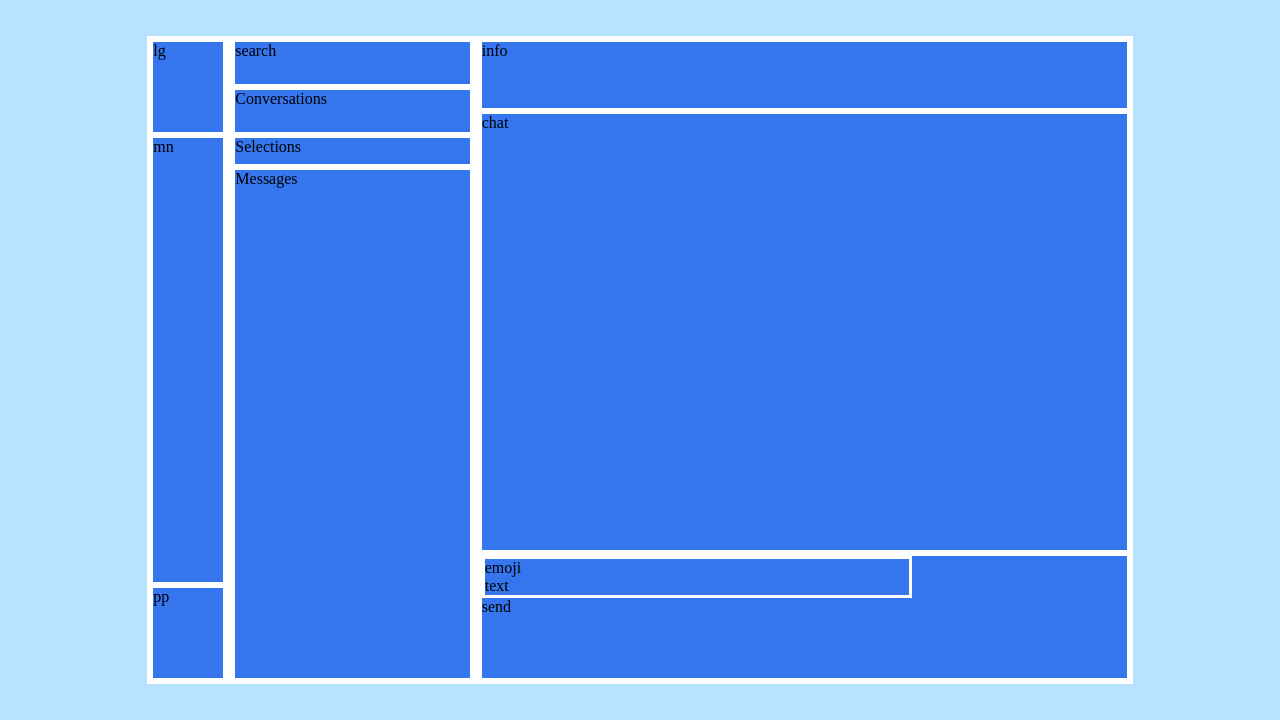
Repository: arafat877/super-chat
Page: /
An editor plug-in stored every save of this project. The page is shown before and after the next save, followed by the edit.
The browser window is 1280 px wide. The pictures show the whole page.
The project was rebuilt for these pictures with package versions that can differ from the ones it lists, and the page was loaded fresh each time. Also part of the build but not shown: src/App.scss.

Above is the page before, as saved 2020-08-05 14:59:02.

### public/index.html
<!DOCTYPE html>
<html lang="en">
  <head>
    <meta charset="utf-8" />
    <meta name="viewport" content="width=device-width, initial-scale=1" />
    <meta name="theme-color" content="#000000" />
    <meta
      name="description"
      content="Chat application with node.js, express, react.js, mongoDb and socket.io"
    />
    <link rel="stylesheet" href="styles.css">
    <link rel="stylesheet" href="https://fonts.googleapis.com/css?family=Roboto:300,400,500,700&display=swap" />

    <title>Super Chat</title>
  </head>
  <body>
    <noscript>You need to enable JavaScript to run this app.</noscript>
    <div id="root"></div>
  </body>
</html>

### src/App.js
import React from "react";
import "./App.scss";
import { Container, Grid, Paper } from "@material-ui/core";
import { makeStyles } from "@material-ui/core/styles";
import {
  Message,
  GroupWork,
  Chat,
  Palette,
  Settings,
  PeopleAlt,
} from "@material-ui/icons";

const useStyles = makeStyles((theme) => ({
  container: {
    backgroundColor: "#b7e3fe",
    height: "100vh",
    display: "flex",
  },
  innerContainer: {
    backgroundColor: "#3576ef",
    margin: "auto",
    height: "90%",
    width: "80%",
    borderRadius: "10px",
  },
  column1: {
    border: "solid white",
  },
  column2: {
    border: "solid white",
  },
  column3: {
    border: "solid white",
  },
  c1Logo: {
    border: "solid white",
    height: "15%",
  },
  c1Menu: {
    border: "solid white",
    height: "70%",
  },
  c1PP: {
    border: "solid white",
    height: "15%",
  },
  c2Search: {
    border: "solid white",
    height: "7.5%",
  },
  c2Conv: {
    border: "solid white",
    height: "7.5%",
  },
  c2Select: {
    border: "solid white",
    height: "5%",
  },
  c2Messages: {
    border: "solid white",
    height: "80%",
  },
  c3Info: {
    border: "solid white",
    height: "11.25%",
  },
  c3Chat: {
    border: "solid white",
    height: "68.75%",
  },
  c3Input: {
    border: "solid white",
    height: "20%",
  },
  inputC1: {
    border: "solid white",
    iC1Emoji:{
      border: "solid white",
      height:"50%"
    },
    iC1Text:{
      border: "solid white",
      height:"50%"
    }
  },
  inputC2: {
    border: "solid white",
  },
}));

function App() {
  const classes = useStyles();

  return (
    <Container className={classes.container}>
      <Grid container containerer className={classes.innerContainer}>
        <Grid item className={classes.column1} xs={1}>
          <Grid item className={classes.c1Logo} xs={12}>
            lg
          </Grid>
          <Grid item className={classes.c1Menu} xs={12}>
            mn
          </Grid>
          <Grid item className={classes.c1PP} xs={12}>
            pp
          </Grid>
        </Grid>
        <Grid item className={classes.column2} xs={3}>
          <Grid item className={classes.c2Search} xs={12}>
            search
          </Grid>
          <Grid item className={classes.c2Conv} xs={12}>
            Conversations
          </Grid>
          <Grid item className={classes.c2Select} xs={12}>
            Selections
          </Grid>
          <Grid item className={classes.c2Messages} xs={12}>
            Messages
          </Grid>
        </Grid>
        <Grid item className={classes.column3} xs={8}>
          <Grid item className={classes.c3Info} xs={12}>
            info
          </Grid>
          <Grid item className={classes.c3Chat} xs={12}>
            chat
          </Grid>
          <Grid item className={classes.c3Input} xs={12}>
            <Grid item className={classes.inputC1} xs={8}>
              <Grid item className={classes.iC1Emoji} xs={12}>
                emoji
              </Grid>
              <Grid item className={classes.iC1Text} xs={12}>
                text
              </Grid>
            </Grid>
            <Grid item className={classes.inputc2} xs={4}>
              send
            </Grid>
          </Grid>
        </Grid>
      </Grid>
    </Container>
  );
}

export default App;

Loaded but not shown: src/index.js (common file); public/styles.css (common file)

After the next save:
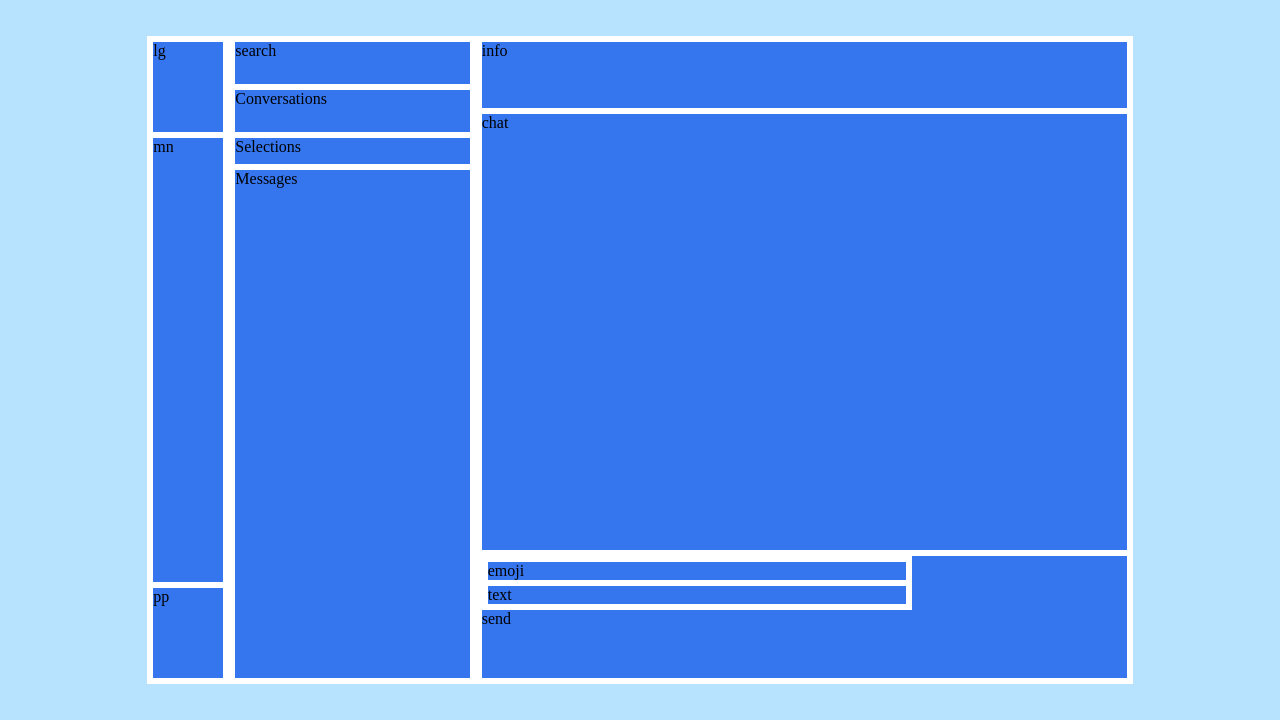
Saved 35 s later.
--- a/src/App.js
+++ b/src/App.js
@@ -75,18 +75,18 @@ const useStyles = makeStyles((theme) => ({
   },
   inputC1: {
     border: "solid white",
-    iC1Emoji:{
-      border: "solid white",
-      height:"50%"
-    },
-    iC1Text:{
-      border: "solid white",
-      height:"50%"
-    }
   },
   inputC2: {
     border: "solid white",
   },
+  iC1Emoji:{
+    border: "solid white",
+    height:"50%"
+  },
+  iC1Text:{
+    border: "solid white",
+    height:"50%"
+  }
 }));
 
 function App() {
